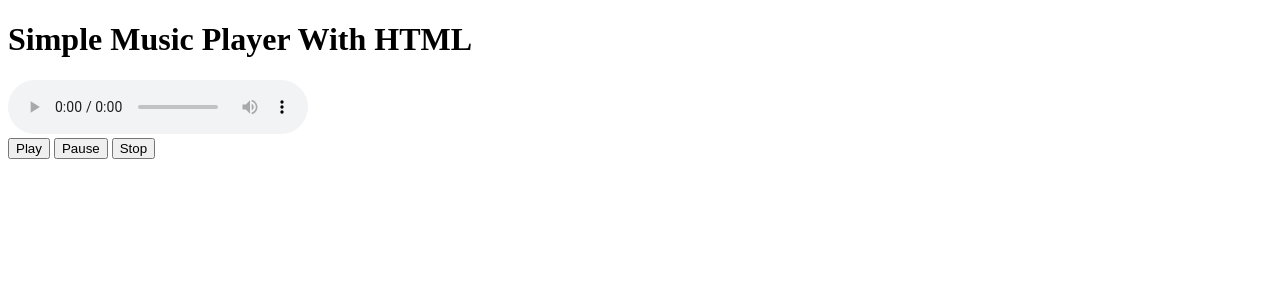
Repository: punitbathija/Placement-Assitance-iNeuron
Page: musicplayer.html
The author's editor kept a copy of each file at every save. The page is drawn from the files as they stood at one save, then again after the next save.
The browser window is 1280 px wide. The pictures show the whole page.

Above is the page before, as saved 2023-05-18 14:56:01.

After the next save:
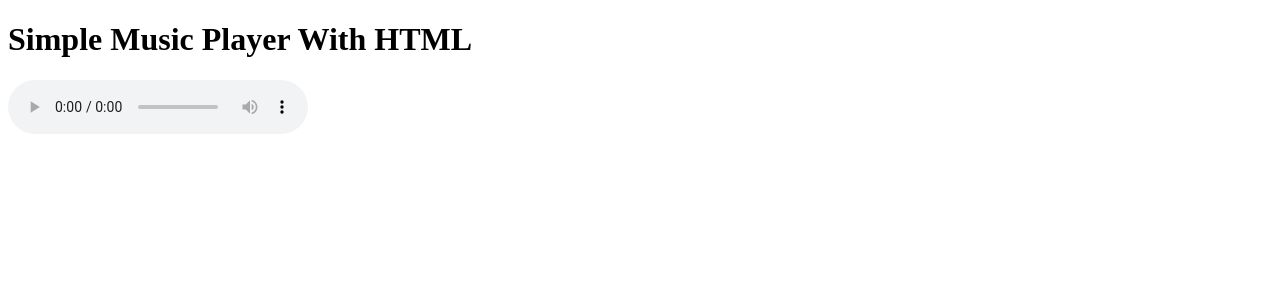
Saved 26 s later.
--- a/musicplayer.html
+++ b/musicplayer.html
@@ -12,9 +12,6 @@
         <source src="leva-eternity.mp3" type="audio/mp3">
         </audio>
         <div>
-        <button >Play</button>
-        <button >Pause</button>
-        <button >Stop</button>
         </div>
         </div>
   </body>
